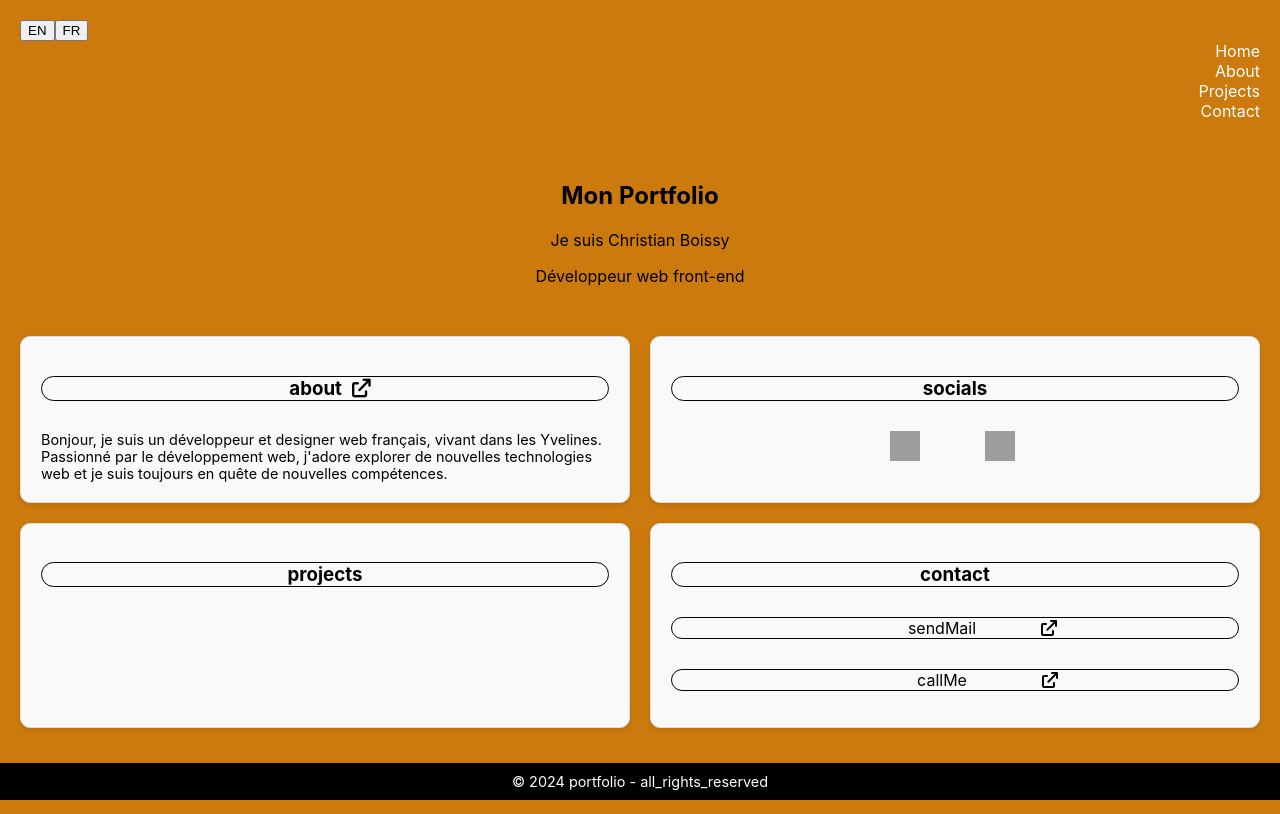
Repository: Christian121966/mon-portfolio
Page: /
These files come from the project's save history. The page is drawn as it stood at one moment and after the next save; the edit follows.
The browser window is 1280 px wide. The pictures show the whole page.
Pictures or frames that could not be fetched are drawn as grey boxes. The project was rebuilt for these pictures with package versions that can differ from the ones it lists, and the page was loaded fresh each time. Also part of the build but not shown: src/pages/AboutPage/AboutPage.scss, src/pages/AboutPage/AboutPage.js, src/pages/ProjectsPage/ProjectsPage.js, src/pages/ContactPage/ContactPage.js. Imported but missing from the stored project, and not drawn on this page: src/i18next.

Above is the page before, as saved 2024-07-24 16:27:32.

### src/index.js
import React from 'react';
import ReactDOM from 'react-dom/client';
import '../src/index.css';
import App from './App';
import '../src/i18next';
import reportWebVitals from './reportWebVitals';

const root = ReactDOM.createRoot(document.getElementById('root'));
root.render(
  <React.StrictMode>
    <App />
  </React.StrictMode>
);

// If you want to start measuring performance in your app, pass a function
// to log results (for example: reportWebVitals(console.log))
// or send to an analytics endpoint. Learn more: https://bit.ly/CRA-vitals
reportWebVitals();

### src/App.js
import React from 'react';
import { BrowserRouter as Router, Route, Routes } from 'react-router-dom';
import HomePage from '../src/pages/HomePage/HomePage';
import AboutPage from '../src/pages/AboutPage/AboutPage';
import ProjectsPage from '../src/pages/ProjectsPage/ProjectsPage';
import ContactPage from './pages/ContactPage/ContactPage';
import Header from '../src/components/Header/Header';
import Footer from '../src/components/Footer/Footer';

function App() {
  return (
    <Router>
      <Header />
      <Routes>
      <Route path="/" element={<HomePage />} />
        <Route path="/about" element={<AboutPage />} />
        <Route path="/projects" element={<ProjectsPage />} />
        <Route path="/contact" element={<ContactPage />} />
      </Routes>
      <Footer />
    </Router>
  );
}

export default App;

### src/pages/HomePage/HomePage.js
// src/pages/HomePage.js
import React, { useState, useEffect } from 'react';
import { useTranslation } from 'react-i18next';



import './HomePage.scss';

const HomePage = () => {
  const [phoneNumberVisible, setPhoneNumberVisible] = useState(false);
  const { t } = useTranslation();

  useEffect(() => {
    if (phoneNumberVisible) {
      const timer = setTimeout(() => {
        setPhoneNumberVisible(false);
      }, 10000);

      return () => clearTimeout(timer);
    }
  }, [phoneNumberVisible]);

  const showPhoneNumber = (event) => {
    event.preventDefault();
    setPhoneNumberVisible(true);
  };

  return (
    <div className="homepage">
      <h2>{t('Mon Portfolio')}</h2>
      <span className='homepage__name'>{t('Je suis Christian Boissy')}</span>
      <p className="homepage__profession">{t('Développeur web front-end')}</p>
      <div className="homepage__cards">
        <div className="card">
          <h3>
            {t('about')}
            <a href="/about" className="propos__link">
              <i className="fa-solid fa-arrow-up-right-from-square"></i>
            </a>
          </h3>
          <span className='propos'>
            Bonjour, je suis un développeur et designer web français, vivant dans les Yvelines. Passionné par le développement web, j'adore explorer de nouvelles technologies web et je suis toujours en quête de nouvelles compétences.
          </span>
        </div>
        <div className="card">
          <h3>{t('socials')}</h3>
          <a href="https://github.com/votre-profil" target="_blank" rel="noopener noreferrer">
            <img className='github' width="30" height="30" src="https://img.icons8.com/ios-glyphs/30/github.png" alt="github"/>
          </a>
          <a href="https://www.linkedin.com/in/votre-profil" target="_blank" rel="noopener noreferrer">
            <img className='linkedin' width="30" height="30" src="https://img.icons8.com/ios-glyphs/30/linkedin.png" alt="linkedin"/>
          </a>
        </div>
        <div className="card">
          <h3>{t('projects')}</h3>
        </div>
        <div className="card">
          <h3>{t('contact')}</h3>
          <p className='mail'>
            {t('sendMail')}
            <a href="mailto:boissychristian@gmail.com" className="contact__link">
              <i className="fa-solid fa-arrow-up-right-from-square"></i>
            </a>
          </p>
          <p className='phone'>
            {t('callMe')}
            <button className="contact_phone__link" onClick={showPhoneNumber}>
              <i className="fa-solid fa-arrow-up-right-from-square"></i>
            </button>
          </p>
          {phoneNumberVisible && (
            <p id="phone">
              0669311966
            </p>
          )}
        </div>
      </div>
    </div>
  );
};

export default HomePage;

### src/components/Header/Header.js
// src/components/Header/Header.js
import React from 'react';
import { useTranslation } from 'react-i18next';
import '../Header/Header.scss';

function Header() {
  const { i18n } = useTranslation();

  const changeLanguage = (lng) => {
    if (i18n && typeof i18n.changeLanguage === 'function') {
      i18n.changeLanguage(lng);
    } else {
      console.error('i18n.changeLanguage is not a function');
    }
  };


  return (
    <header className="header">
      <div className="header__language-buttons">
        <button onClick={() => changeLanguage('en')}>EN</button>
        <button onClick={() => changeLanguage('fr')}>FR</button>
      </div>
      <nav className="header__nav">
        <a href="/" className="header__link">Home</a>
        <a href="/about" className="header__link">About</a>
        <a href="/projects" className="header__link">Projects</a>
        <a href="/contact" className="header__link">Contact</a>
      </nav>
    </header>
  );
}

export default Header;

### src/components/Footer/Footer.js
// src/components/Footer/Footer.js
import React from 'react';
import { useTranslation } from 'react-i18next';
import '../../components/Footer/Footer.scss';

function Footer() {
  const { t } = useTranslation();

  return (
    <footer>
      <p className="footer__text">© 2024 {t('portfolio')} - {t('all_rights_reserved')}</p>
    </footer>
  );
}

export default Footer;

### src/pages/HomePage/HomePage.scss
@import '../../styles/abstracts/variables';
@import '../../styles/abstracts/mixins';

// src/pages/HomePage.scss

.homepage {
    padding: 20px;

    h2 {
      text-align: center;
    }

    .homepage__name {
      display: flex;
      justify-content: center;
      align-items: center;
    }

    .homepage__profession {
      display: flex;
      justify-content: center;
      align-items: center;
      margin-bottom: 50px;
    }

    .homepage__cards {
      display: grid;
      grid-template-columns: 1fr 1fr;
      gap: 20px;
      margin-top: 20px;

      @media (max-width: 768px) {
        grid-template-columns: 1fr;
      }

      .card {
        background-color: #f9f9f9;
        border: 1px solid #ddd;
        border-radius: 10px;
        padding: 20px;
        box-shadow: 0 2px 5px rgba(0, 0, 0, 0.1);
        text-align: center;

        h3 {
          margin-bottom: 30px;
          border: 1px solid #000;
          border-radius: 35px;
        }

        a.propos__link {
          text-decoration: none;
          color: #000;
        }

        .fa-solid.fa-arrow-up-right-from-square {
          position: relative;
          left: 10px;
          cursor: pointer;
        }

        .propos {
          font-size: 0.9rem;
          text-align: left;
          display: flex;
        }
      }
    }

        .github {
            position: relative;
            left: -35px;
            cursor: pointer;
        }

        .linkedin {
            position: relative;
            left: 30px;
            cursor: pointer;
        }

        .mail {
            border: 1px solid #000;
            border-radius: 35px;
            margin-bottom: 30px;

            .contact__link {
                position: relative;
                left: 45px;
                color: #000;
                cursor: pointer;
            }
        }

        .phone {
            border: 1px solid #000;
            border-radius: 35px;

            .contact_phone__link {
                position: relative;
                left: 55px;
                color: #000;
                cursor: pointer;
            }
        }

        .contact__link, .contact_phone__link {
            margin-left: 10px;
            color: inherit;
            text-decoration: none;
        }

        .contact_phone__link {
            background: none;
            border: none;
            color: inherit;
            font: inherit;
            cursor: pointer;
            display: inline;
            padding: 0;
        }

    }

### src/components/Header/Header.scss
// src/styles/components/_header.scss
@import '../../styles/abstracts/variables';
@import '../../styles/abstracts/mixins';

.header {
  //background-color: $primary-color;
  padding: 20px;

  &__nav {
    display: flex;
    flex-direction: column;
    justify-content: end;
    align-items: end;
  }

  &__link {
    color: white;
    text-decoration: none;

    &:hover {
      text-decoration: underline;
    }
  }

  /* src/components/Header/Header.scss */

.header__language-buttons {
  display: flex;
  align-items: center;
}

.control__lang {
  display: flex;
  align-items: center;
  background-color: #007bff;
  color: #ffffff;
  border: none;
  border-radius: 5px;
  padding: 8px 16px;
  cursor: pointer;
  position: relative;
  font-size: 16px;
  outline: none;
}

.control__lang_side {
  margin: 0 8px;
}

.control__lang_switch {
  position: absolute;
  top: 50%;
  left: 50%;
  transform: translate(-50%, -50%);
  background-color: #ffffff;
  border-radius: 50%;
  width: 24px;
  height: 24px;
  transition: transform 0.3s ease;
}

.control__lang[aria-checked="true"] .control__lang_switch {
  transform: translate(calc(-50% + 100%), -50%);
}

.control__lang_switch span {
  display: block;
  width: 100%;
  height: 100%;
}

}

### src/components/Footer/Footer.scss
@import '../../styles/abstracts/variables';
@import '../../styles/abstracts/mixins';

p.footer__text {
    color: white;
    text-align: center;
    padding: 10px;
    background-color: $primary-color;
    @include flex-center;
    font-size: 0.9rem;
}

### src/styles/abstracts/_variables.scss
// src/styles/abstracts/_variables.scss

// Couleurs
$primary-color: #000;
$secondary-color: #2ecc71;
$tertiary-color: #3498db;;
$font-color: #333;
$background-color: #f5f5f5;

// Fonts
$font-stack: 'Helvetica, sans-serif';

// Autres variables
$border-radius: 5px;

### src/styles/abstracts/_mixins.scss
// src/styles/abstracts/_mixins.scss

@mixin flex-center {
    display: flex;
    justify-content: center;
    align-items: center;
  }

  @mixin responsive-font-size($size) {
    font-size: $size;

    @media (max-width: 600px) {
      font-size: $size * 0.8;
    }
  }

Loaded but not shown: public/index.html (common file); src/index.css (common file); src/reportWebVitals.js (common file)

After the next save:
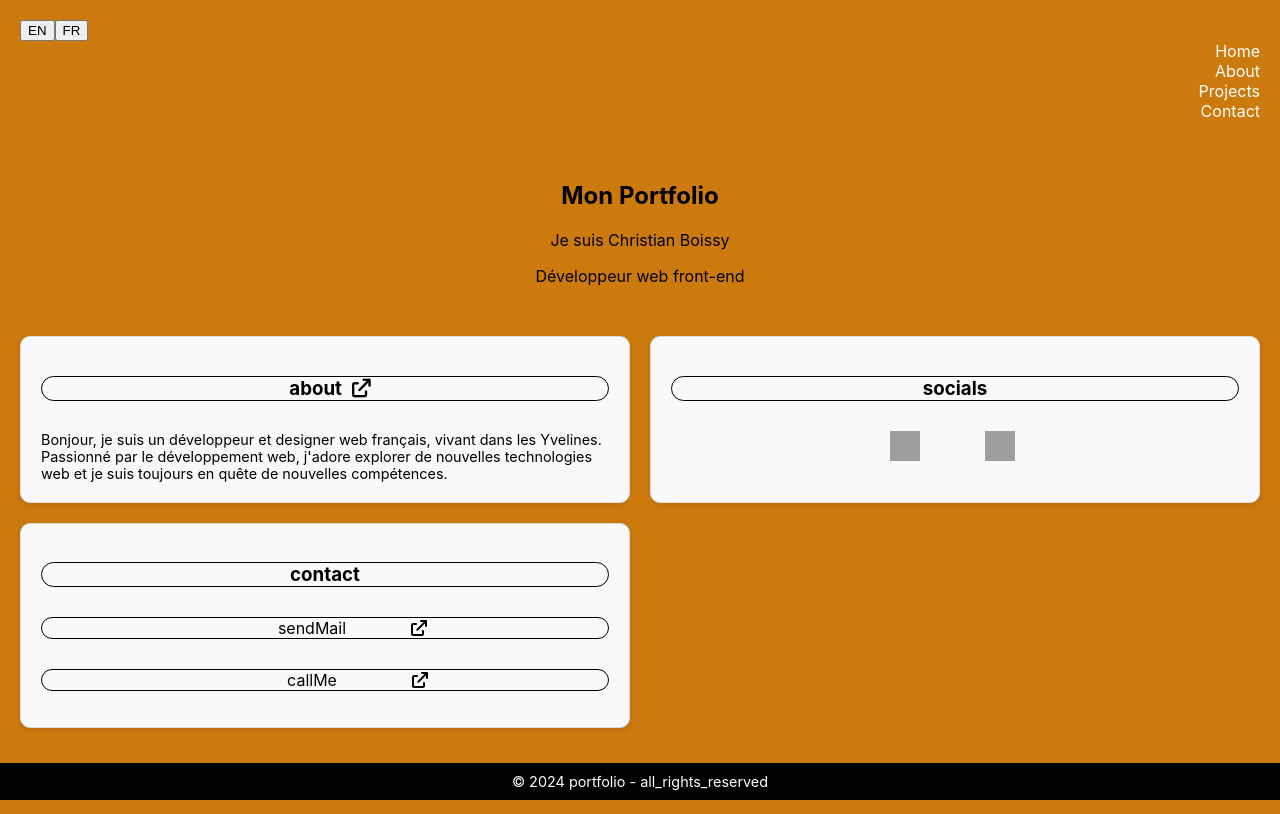
Saved 9 s later.
--- a/src/pages/HomePage/HomePage.js
+++ b/src/pages/HomePage/HomePage.js
@@ -51,9 +51,7 @@ const HomePage = () => {
             <img className='linkedin' width="30" height="30" src="https://img.icons8.com/ios-glyphs/30/linkedin.png" alt="linkedin"/>
           </a>
         </div>
-        <div className="card">
-          <h3>{t('projects')}</h3>
-        </div>
+
         <div className="card">
           <h3>{t('contact')}</h3>
           <p className='mail'>

After the 2 saves that followed:
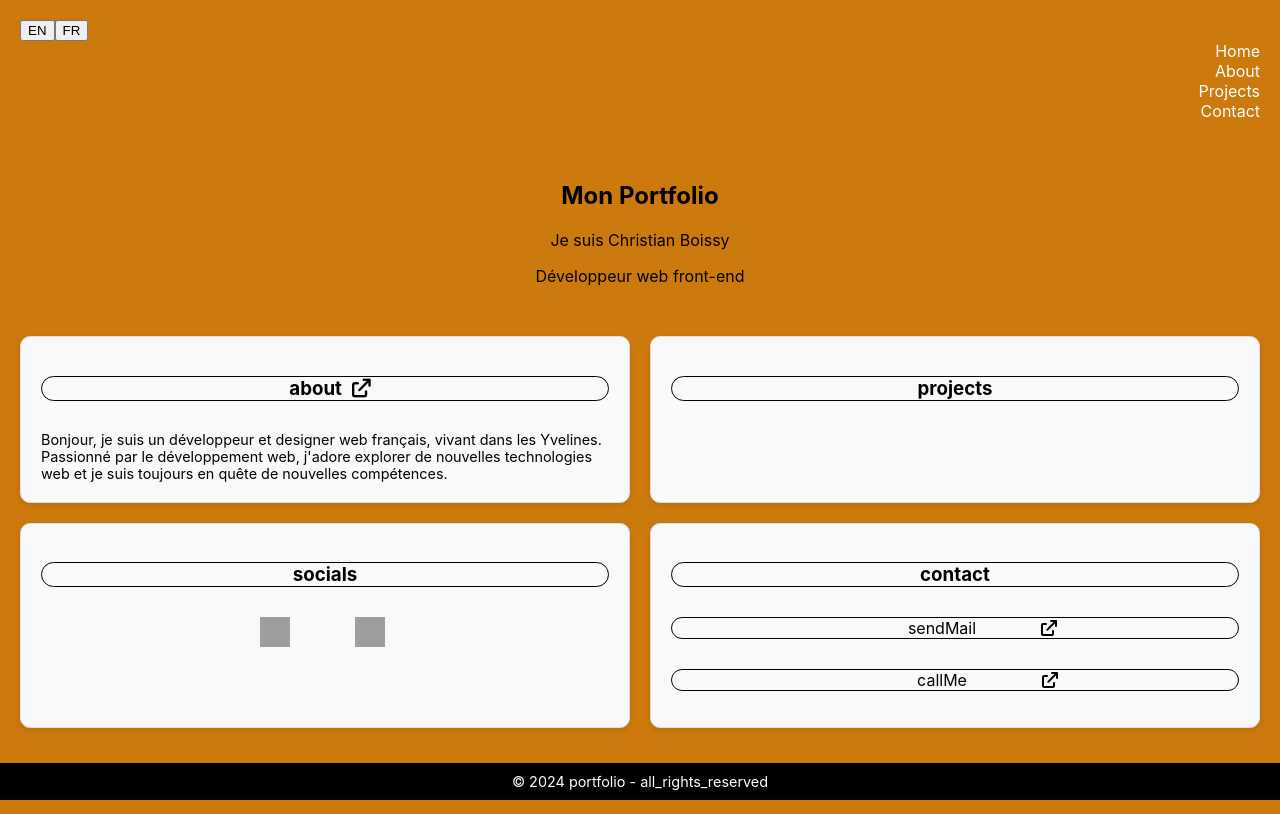
The 2 saves are shown as one change because they came seconds apart.
The last was saved 14 s later.
--- a/src/pages/HomePage/HomePage.js
+++ b/src/pages/HomePage/HomePage.js
@@ -43,6 +43,9 @@ const HomePage = () => {
           </span>
         </div>
         <div className="card">
+          <h3>{t('projects')}</h3>
+        </div>
+        <div className="card">
           <h3>{t('socials')}</h3>
           <a href="https://github.com/votre-profil" target="_blank" rel="noopener noreferrer">
             <img className='github' width="30" height="30" src="https://img.icons8.com/ios-glyphs/30/github.png" alt="github"/>
